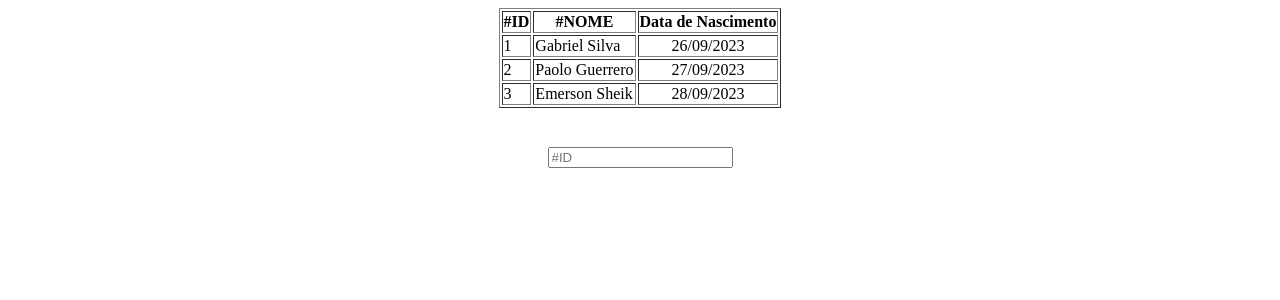
Repository: gabrielsilva9810/FATEC_LABEngSoftware
Page: ExemploHTML/src/main/webapp/index.html
The author's editor kept a copy of each file at every save. The page is drawn from the files as they stood at one save, then again after the next save.
The browser window is 1280 px wide. The pictures show the whole page.

Above is the page before, as saved 2023-08-26 13:17:10.

After the next save:
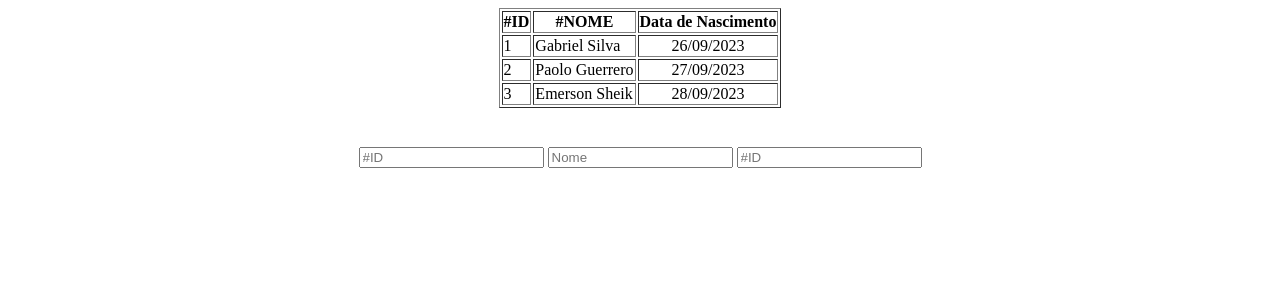
Saved 107 s later.
--- a/ExemploHTML/src/main/webapp/index.html
+++ b/ExemploHTML/src/main/webapp/index.html
@@ -52,6 +52,16 @@
 
 					</td>
 
+					<td>
+						<input type ="text" id="nome" name="nome" placeholder="Nome" required="required">
+
+					</td>
+
+					<td>
+						<input type ="number" min="0" step= "1" id="id" name="id" placeholder="#ID" required="required">
+
+					</td>
+
 				</tr>
 			</table>
 
